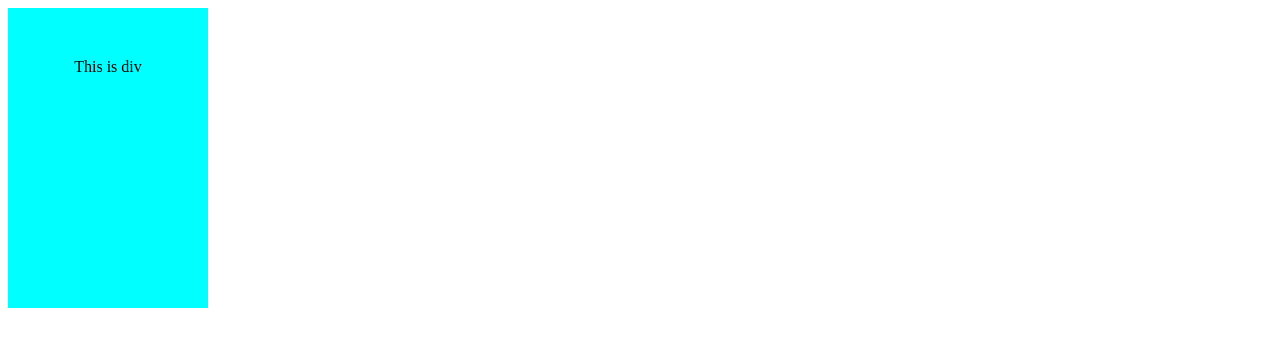
Repository: rakeshkolpepatil/CSS_Apana_College
Page: index.html
An editor plug-in stored every save of this project. The page is shown before and after a run of saves, followed by the edit.
The browser window is 1280 px wide. The pictures show the whole page.

Above is the page before, as saved 2023-06-26 11:52:41.

After the next 2 saves:
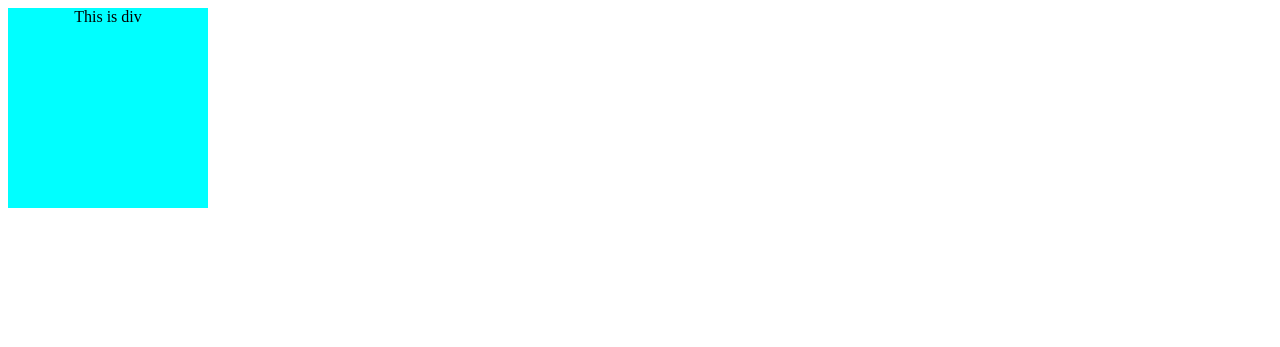
The 2 saves are shown as one change because they came seconds apart.
The last was saved 28 s later.
--- a/transition.css
+++ b/transition.css
@@ -5,6 +5,6 @@ div{
   text-align: center;
   display: flex;
   justify-content: center;
-  /* vertical-align: center; */
-  padding: 50px 0;
+  vertical-align: middle;
+  /* padding: 50px 0; */
 }
